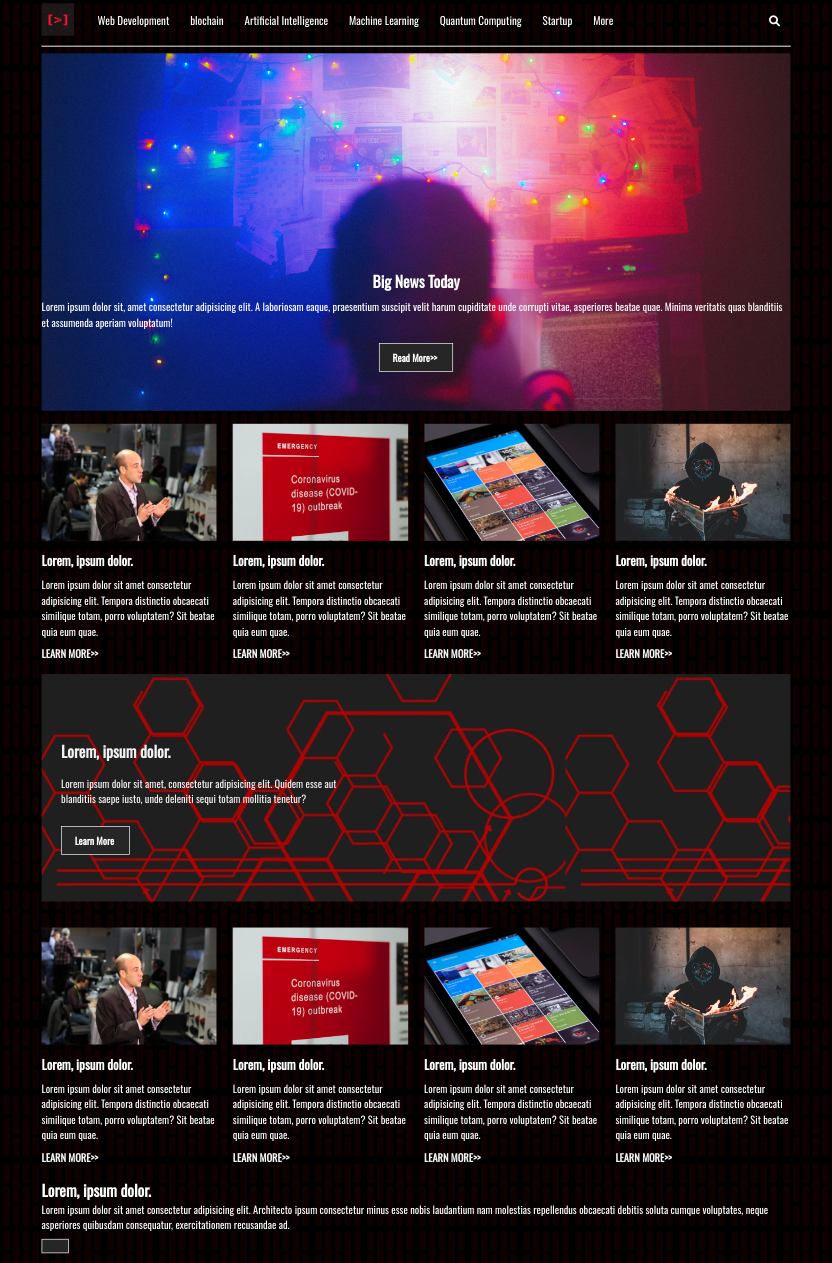
Repository: NickArregoces/News_Web
Page: index.html
These files come from the project's save history. The page is drawn as it stood at one moment and after a run of saves; the edit follows.
The browser window is 1280 px wide. The pictures show the whole page, at 65% of full size.

Above is the page before, as saved 2021-12-24 19:59:35.

After the next 2 saves:
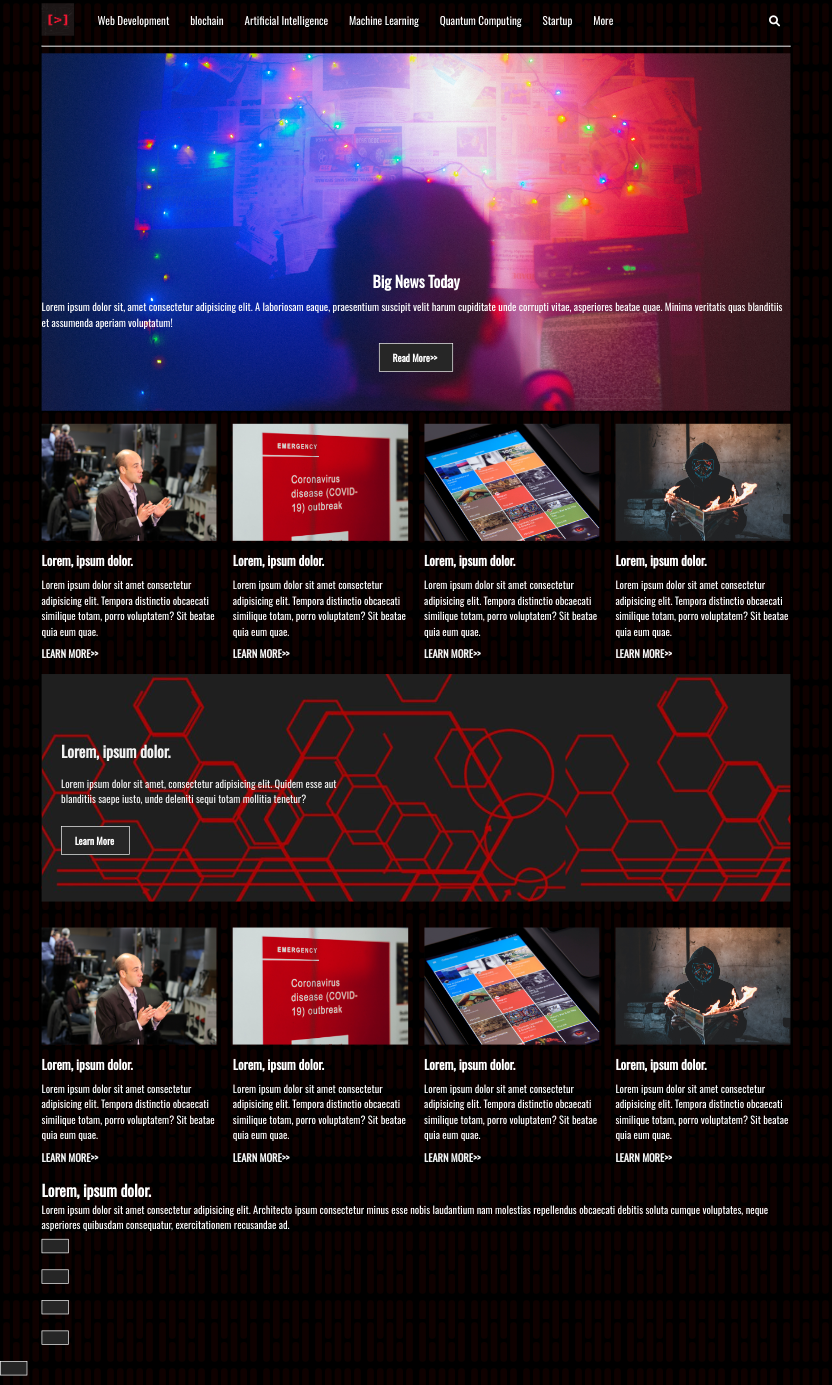
The 2 saves are shown as one change because they came seconds apart.
The last was saved 8 s later.
--- a/index.html
+++ b/index.html
@@ -134,7 +134,7 @@
             <div class="contaer">
                 <h2>Lorem, ipsum dolor.</h2>
                 <p>Lorem ipsum dolor sit amet consectetur adipisicing elit. Architecto ipsum consectetur minus esse nobis laudantium nam molestias repellendus obcaecati debitis soluta cumque voluptates, neque asperiores quibusdam consequatur, exercitationem recusandae ad.</p>
-                <a href="#" class="btn"></a>
+                <a href="#" class="btn"><Learn/a>
             </div>
 
 
